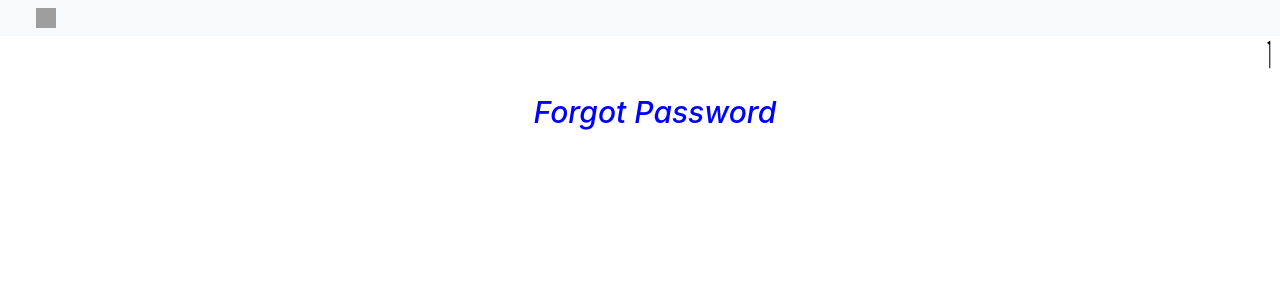
Repository: siri548/Karyakartha
Page: forgotPage.html
These files come from the project's save history. The page is drawn as it stood at one moment and after the next save; the edit follows.
The browser window is 1280 px wide. The pictures show the whole page.
Pictures or frames that could not be fetched are drawn as grey boxes.

Above is the page before, as saved 2023-11-04 15:46:01.
Console error (its wording comes from the project's code and is left out).

After the next save:
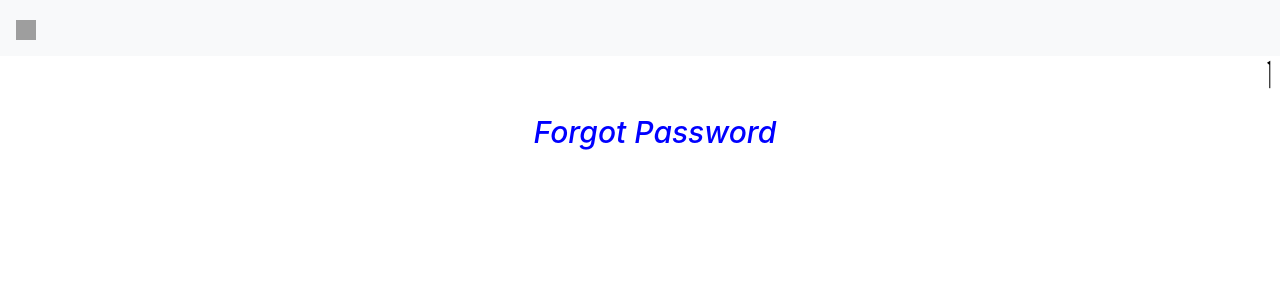
Saved 4 s later.
--- a/forgotPage.html
+++ b/forgotPage.html
@@ -15,12 +15,13 @@
 </head>
 
 <body>
-    <div class="bg-forgotPage">
-        <nav class="navbar navbar-expand-lg navbar-light bg-light">
-            <div class="d-flex flex-row justify-content-between" <a class=" navbar-brand " href="# ">
-                <i class="outer-icon bi bi-search "></i>
-                <img src="D:\icons\trend.png " class="inner-icon " />
-                <button class="navbar-toggler " type="button " data-toggle="collapse " data-target="#navbarNavAltMarkup " aria-controls="navbarNavAltMarkup " aria-expanded="false " aria-label="Toggle navigation ">
+    <div    class = "bg-forgotPage">
+    <nav    class = "navbar navbar-expand-lg navbar-light bg-light">
+    <div    class = "d-flex flex-row justify-content-between"></div>
+    <a      class = " navbar-brand " href       = "# ">
+    <i      class = "outer-icon bi bi-search "></i>
+    <img    src   = "D:\icons\trend.png " class = "inner-icon " />
+    <button class = "navbar-toggler " type      = "button " data-toggle = "collapse " data-target = "#navbarNavAltMarkup " aria-controls = "navbarNavAltMarkup " aria-expanded = "false " aria-label = "Toggle navigation ">
     <span   class = "navbar-toggler-icon "></span>
             </button>
                 <div class="collapse navbar-collapse " id="navbarNavAltMarkup ">
@@ -41,7 +42,7 @@
 
             <h1 class="forgotHeading ">Forgot Password</h1>
         </div>
-        </div>
+    </div>
 
 
 
